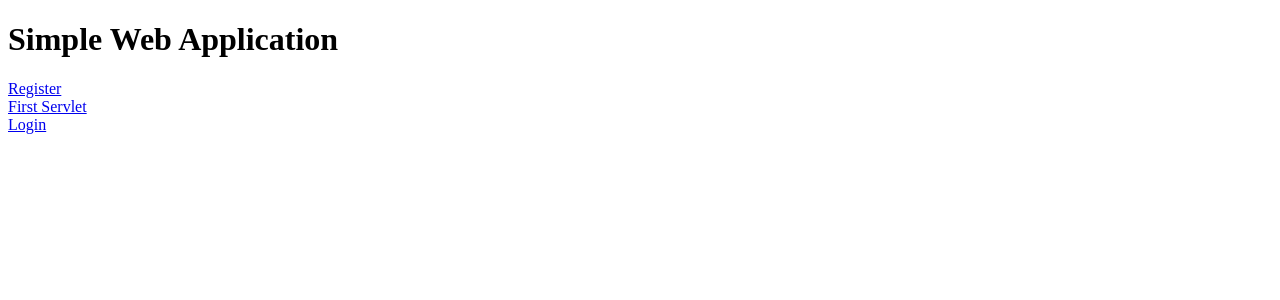
Repository: abhi608/visa_tutorial
Page: simpleweb/WebContent/index.html
An editor plug-in stored every save of this project. The page is shown before and after the next save, followed by the edit.
The browser window is 1280 px wide. The pictures show the whole page.

Above is the page before, as saved 2018-07-27 06:31:14.

After the next save:
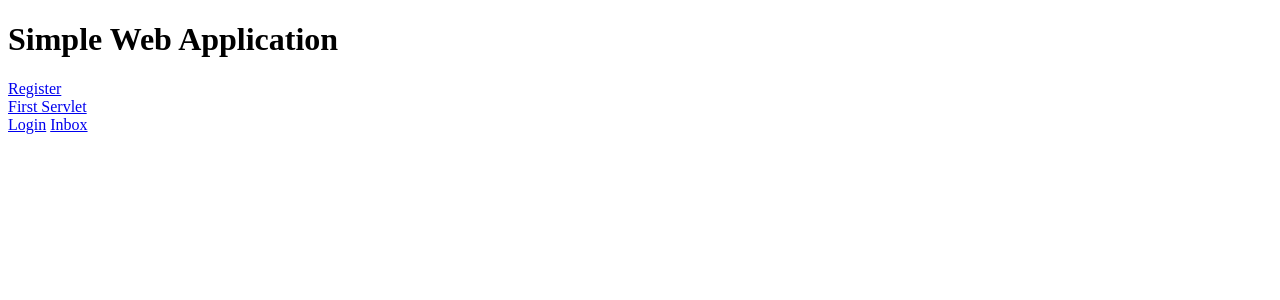
Saved 4 min 8 s later.
--- a/simpleweb/WebContent/index.html
+++ b/simpleweb/WebContent/index.html
@@ -9,5 +9,6 @@
 	<a href="register.html">Register</a><br/>
 	<a href="first">First Servlet</a><br />
 	<a href="Login.html">Login</a>
+	<a href="InboxServlet">Inbox</a>
 </body>
 </html>
